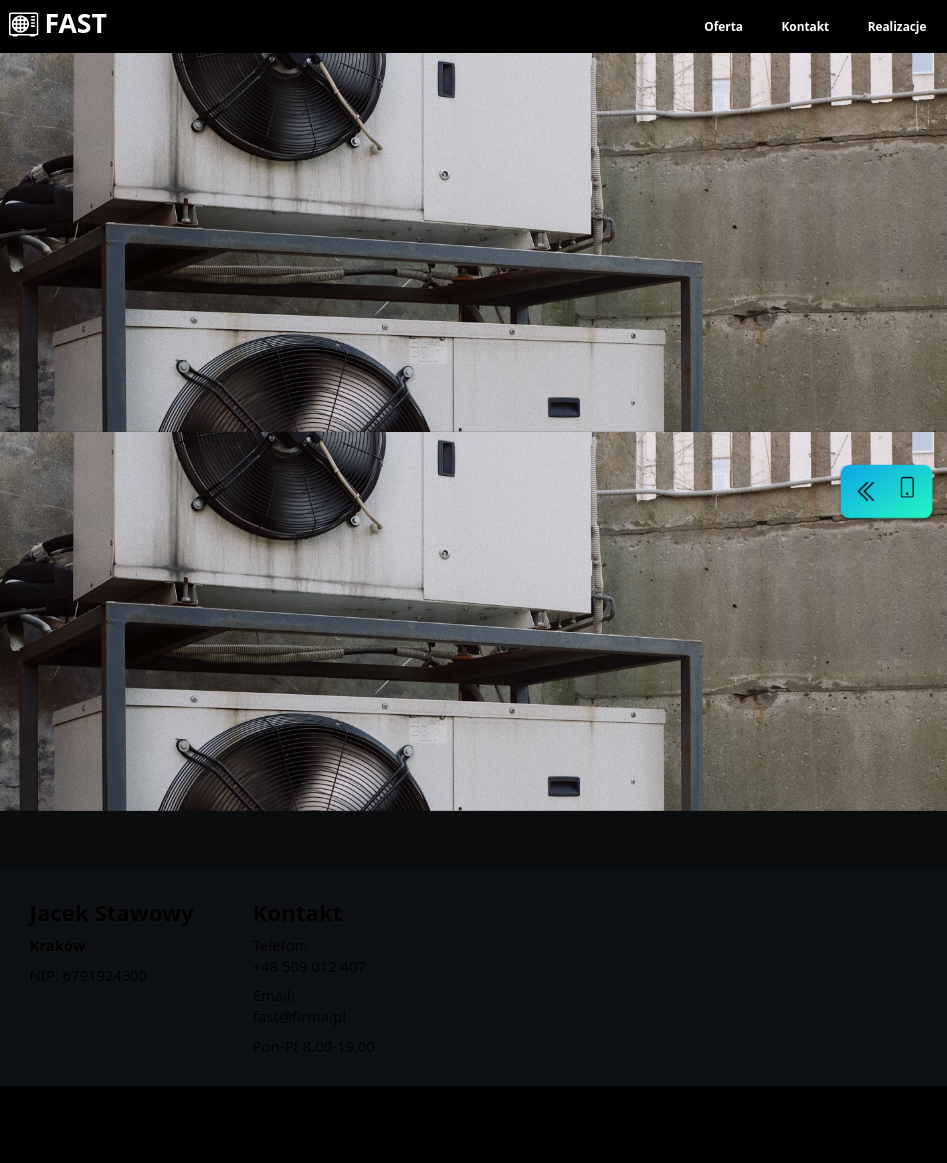
Repository: piotrokrutniak/Fast-CompanyWebsite
Page: /carousel
These files come from the project's save history. The page is drawn as it stood at one moment and after the next save; the edit follows.
The browser window is 1280 px wide. The pictures show the whole page, at 74% of full size.
The project was rebuilt for these pictures with package versions that can differ from the ones it lists, and the page was loaded fresh each time. The framework's server and built-in components were replaced by stand-ins that run in the browser. Also part of the build but not shown: next.config.js.

Above is the page before, as saved 2023-10-21 11:13:34.

### src/app/layout.js
import FootBar from './components/footbar/footbar'
import Navbar from './components/navbar/navbar'
import QuickContact from './components/quickContact'
import './globals.css'
import { Inter } from 'next/font/google'

const inter = Inter({ subsets: ['latin'] })

export const metadata = {
  title: 'Fast - Klimatyzacje Kraków',
  description: 'F.U.H. Fast Jacek Stawowy - Klimatyzacje',
}

export default function RootLayout({ children }) {
  return (
    <html lang="en" className=''>
      <body className='bg-black min-w-mobile overflow-x-hidden'>
        <div className='bg-slate-500/10 min-h-screen relative'>
          <Navbar/>
          {children}
          <QuickContact/>
          <FootBar/>
        </div>
      </body>
    </html>
  )
}

### src/app/(pages)/carousel/page.js
"use client"
import Image from "next/image"
import p1 from "../../../../public/img/air-conditioning-2.jpg"
import p2 from "../../../../public/img/heat-pump-2.jpg"
import p3 from "../../../../public/img/heating-2.jpg"
// import ac1 from "./media/img/air-conditioning-2.jpg"
// import ac2 from "./media/img/heat-pump-2.jpg"
// import ac3 from "./media/img/heating-2.jpg"

export default function CarouselPage(){
    const slides = [p1, p2, p3]

    return(
        <>
        <div className="w-full max-w-7xl relative mx-auto overflow-x-auto">
        <div className="relative w-full max-w-7xl h-128 flex overflow-visible -translate-x-[0%]">
            <div className="w-full h-full absolute">
                <Image src={p1} layout='fill' objectFit='cover' className="h-full"/>
            </div>
            <div className="w-full h-full absolute left-[100%]">
                <Image src={p2} layout='fill' objectFit='cover'/>
            </div>
            <div className="w-full h-full absolute left-[200%]">
                <Image src={p3} layout='fill' objectFit='cover'/>
            </div>
        </div>
        </div>
        <div className="w-full max-w-7xl relative mx-auto overflow-x-auto">
        <div className="relative w-full max-w-7xl h-128 flex overflow-visible -translate-x-[0%]">
            {slides.map((image, index) => <CarouselPanel image={image} key={index} index={index} />)}
        </div>
        </div>
        </>
    )
}

function CarouselPanel({image, index}){
    return (
        <div className={`w-full h-full absolute left-[${index * 100}%]`}>
            <Image src={image} layout='fill' objectFit='cover' className="h-full"/>
        </div>
        )
}

### src/app/components/footbar/footbar.js
import Link from "next/link";

export default function FootBar(){
    return(
        <footer className="bg-slate-500/5 mt-20">
            <div className="max-w-7xl w-full p-10 flex gap-8 sm:gap-20 m-auto">
                <div className="flex flex-col gap-3">
                    <h1 className="font-bold text-3xl">Jacek Stawowy</h1>
                    <h2 className="font-semibold text-xl">Kraków</h2>
                    <h2 className="font-thin text-xl">NIP: 6791924300</h2>
                </div>

                <div className="flex flex-col gap-3">
                    <h1 className="font-bold text-3xl">Kontakt</h1>
                    <h2 className="font-thin text-xl">Telefon:
                    <Link href={"tel:+48 509 012 407"} className="cursor-pointer hover:text-emerald-200">
                        <p className="whitespace-nowrap">
                            +48 509 012 407
                        </p>
                    </Link>
                    </h2>
                    <h2 className="font-thin text-xl">Email:
                    <Link href={"email:fast@firma.pl"} className="cursor-pointer hover:text-emerald-200">
                        <p className="whitespace-nowrap">
                            fast@firma.pl
                        </p>
                    </Link>
                    </h2>
                    <h2 className="font-thin text-xl">Pon-Pt 8.00-19.00</h2>
                </div>
            </div>
            <div className="bg-black flex p-10 ">
                <div className="xs:m-auto w-fit">
                    © Piotr Okrutniak 2022
                </div>
            </div>
        </footer>
    )
}

### src/app/components/navbar/navbar.js
"use client";
import { useState } from "react";
import ButtonBase from "../common/buttonBase";
import AcLogo from "../icons/ac";
import {BsList, BsXLg} from "react-icons/bs";
import Link from "next/link";

export default function Navbar(){
    const [mobileOpen, setMobileOpen] = useState(false)

    return(
        <nav className="sticky bg-black top-0 w-full py-3 px-5 sm:px-3  z-50">
            <div className="flex justify-between mx-auto max-w-7xl h-auto align-middle">
                <Link href="/">
                    <div className="text-white text-4xl font-bold hover:cursor-pointer flex gap-2 align-middle
                        hover:text-emerald-200 hover:fill-emerald-200 fill-white active:opacity-90 transition-all">
                        <AcLogo className="h-10 w-10 top-px relative"/>
                        FAST
                    </div>
                </Link>
                <div className="align-middle gap-5 text-black transition-all ease-in hidden sm:flex">
                    <Link href="/oferta">
                        <ButtonBase text="Oferta" color="bg-transparent" className="hover:bg-slate-400/25 text-white"  onClick={() => setMobileOpen(false)}/>
                    </Link>
                    <Link href="/kontakt">
                        <ButtonBase text="Kontakt" color="bg-transparent" className="hover:bg-slate-400/25 text-white"  onClick={() => setMobileOpen(false)}/>
                    </Link>
                    <Link href="/realizacje">
                        <ButtonBase text="Realizacje" color="bg-transparent" className="hover:bg-slate-400/25 text-white"  onClick={() => setMobileOpen(false)}/>
                    </Link>
                </div>
                <div className=" sm:hidden flex">
                    <BsList className="h-12 w-12 cursor-pointer hover:fill-emerald-200 active:opacity-90" onClick={() => setMobileOpen(true)}/>
                </div>
            </div>

            <div className={`${mobileOpen ? "" : "translate-x-full"} absolute w-screen h-screen bg-black left-0 top-0 sm:hidden transition-all`}>
                <div id="mobile-header" className="flex p-3 cursor-pointer" onClick={() => setMobileOpen(false)}>
                    <BsXLg className="w-14 h-14 p-2 hover:fill-emerald-200 active:opacity-70 absolute right-4"/>
                </div>
                <div id="mobile-list" className="flex flex-col w-full gap-8 justify-center text-xl px-5 py-32">
                    <Link href="/kontakt" onClick={() => setMobileOpen(false)}>
                        <ButtonBase text="Kontakt" className="w-full py-6 px-10 bg-gradient-to-br hover:from-sky-500 hover:to-emerald-200 self-center" color="bg-slate-500/25"/>
                    </Link>
                    <Link href="/oferta" onClick={() => setMobileOpen(false)}>
                        <ButtonBase text="Oferta" className="w-full py-6 px-10 bg-gradient-to-br hover:from-sky-500 hover:to-emerald-200 self-center" color="bg-slate-500/25"/>
                    </Link>
                    <Link href="/realizacje" onClick={() => setMobileOpen(false)}>
                        <ButtonBase text="Realizacje" className="w-full py-6 px-10 bg-gradient-to-br hover:from-sky-500 hover:to-emerald-200 self-center" color="bg-slate-500/25"/>
                    </Link>
                    <Link href="/" onClick={() => setMobileOpen(false)}>
                        <ButtonBase text="Strona Główna" className="w-full py-6 px-10 bg-gradient-to-br hover:from-sky-500 hover:to-emerald-200 self-center" color="bg-slate-500/25"/>
                    </Link>
                </div>
                <div className="p-10 justify-self-center w-full text-center bottom-0 absolute">
                    © Piotr Okrutniak 2022
                </div>
            </div>
        </nav>
    )
}

### src/app/components/quickContact.js
"use client";

import Link from "next/link";
import { useState } from "react"
import {BsChevronDoubleRight, BsPhone} from "react-icons/bs"

export default function QuickContact(){
    const [folded, setFolded] = useState(true)

    function Transition(){
        setFolded((old) => !old)
    }

    return(
        <div className="bg-gradient-to-br from-sky-500 to-emerald-200 rounded-xl w-fit sm:p-5 p-3 text-base
            font-normal shadow-md shadow-black/50 fixed right-5 bottom-5 flex items-center gap-4 transition-all ease-in-out whitespace-nowrap">
            <BsChevronDoubleRight className={`${folded ? "rotate-180" : "rotate-0"} transition-all ease-in h-8 w-8 cursor-pointer active:opacity-60 select-none`}
                onClick={() => Transition()}/>
            <div className="flex gap-2">
                <p className={`${folded ? "w-0" : "w-72 max-sm:w-44"} overflow-hidden transition-all ease-in flex max-sm:flex-col`}><p>Skontaktuj się z nami:</p> <Link href={"tel:+48 509 012 407"} className="cursor-pointer">+48 509 012 407</Link></p>
                <BsPhone className="h-7 w-7 animate-bounce self-center"/>
            </div>
        </div>
    )
}

### src/app/globals.css
@import 'tailwindcss/base';
@import 'tailwindcss/components';
@import 'tailwindcss/utilities';

:root {

}

@media (prefers-color-scheme: dark) {
  :root {
    --foreground-rgb: 255, 255, 255;
    scroll-behavior: smooth;
  }
}

body {
  color: rgb(var(--foreground-rgb));
  background: linear-gradient(
      to bottom,
      transparent,
      rgb(var(--background-end-rgb))
    )
    rgb(var(--background-start-rgb));
}

@layer base {
  html {
    scroll-behavior: smooth;
  }
}

### src/app/components/common/buttonBase.js
export default function ButtonBase({...props}){
    return(
        <button className={`${props.className} ${props.color ?? "bg-sky-500"} py-3 px-4 rounded-lg font-semibold active:opacity-80 flex items-center gap-2 whitespace-nowrap transition-all`}
            onClick={props.onClick}>
            {props.text} {props.icon ?? ""}
        </button>
    )
}

### src/app/components/icons/ac.js
export default function AcLogo({...props}){
    return(
        <svg
            xmlns="http://www.w3.org/2000/svg"
            xmlSpace="preserve"
            width={800}
            height={800}
            viewBox="0 0 507.802 507.802"
            {...props}
        >
            <path d="M465.7 47.901H42.3c-23.3 0-42.3 18.9-42.3 42.3v313.3c0 23.3 19 42.3 42.3 42.3h16.1c0 7.8 6.3 14.1 14.1 14.1H139c7.8 0 14.1-6.3 14.1-14.1h201.6c0 7.8 6.3 14.1 14.1 14.1h66.5c7.8 0 14.1-6.3 14.1-14.1h16.1c23.3 0 42.3-19 42.3-42.3v-313.3c.2-23.4-18.8-42.3-42.1-42.3zm0 369.7H42.3c-7.8 0-14.1-6.3-14.1-14.1v-313.3c0-7.8 6.3-14.1 14.1-14.1h423.3c7.8 0 14.1 6.3 14.1 14.1v313.3h.1c0 7.8-6.3 14.1-14.1 14.1z" />
            <path d="M435.6 107.801H391c-7.8 0-14.1 6.3-14.1 14.1s6.3 14.1 14.1 14.1h44.6c7.8 0 14.1-6.3 14.1-14.1s-6.3-14.1-14.1-14.1zM435.6 161.601H391c-7.8 0-14.1 6.3-14.1 14.1s6.3 14.1 14.1 14.1h44.6c7.8 0 14.1-6.3 14.1-14.1s-6.3-14.1-14.1-14.1zM435.6 215.301H391c-7.8 0-14.1 6.3-14.1 14.1s6.3 14.1 14.1 14.1h44.6c7.8 0 14.1-6.3 14.1-14.1s-6.3-14.1-14.1-14.1zM435.6 269.101H391c-7.8 0-14.1 6.3-14.1 14.1s6.3 14.1 14.1 14.1h44.6c7.8 0 14.1-6.3 14.1-14.1s-6.3-14.1-14.1-14.1zM198.3 99.701c-81.1 0-147.1 66-147.1 147.1s66 147.1 147.1 147.1 147.1-66 147.1-147.1-66-147.1-147.1-147.1zm-80.9 233.9c-2-1.9-3.9-3.8-5.8-5.8h5.8v5.8zm0-34H92c-5.9-11.9-10-24.9-11.6-38.6h37v38.6zm0-66.9h-37c1.6-13.7 5.6-26.7 11.6-38.6h25.4v38.6zm0-66.8h-5.8c1.9-2 3.8-3.9 5.8-5.8v5.8zm66.8 198.9c-13.7-1.6-26.7-5.7-38.6-11.6v-25.4h38.6v37zm0-65.2h-38.6v-38.6h38.6v38.6zm0-66.9h-38.6v-38.6h38.6v38.6zm0-66.8h-38.6v-25.4c11.9-5.9 24.9-10 38.6-11.6v37zm95.1-5.8c2 1.9 3.9 3.8 5.8 5.8h-5.8v-5.8zm0 34h25.4c5.9 11.9 10 24.9 11.6 38.6h-37v-38.6zm-28.2 159.1c-11.9 5.9-24.9 10-38.6 11.6v-37h38.6v25.4zm0-53.6h-38.6v-38.6h38.6v38.6zm0-66.9h-38.6v-38.6h38.6v38.6zm0-66.8h-38.6v-37c13.7 1.6 26.7 5.7 38.6 11.6v25.4zm28.2 167.7v-5.8h5.8c-1.9 2-3.8 4-5.8 5.8zm0-34v-38.6h37c-1.6 13.7-5.7 26.7-11.6 38.6h-25.4z" />
        </svg>
    )
}

### tailwind.config.js
/** @type {import('tailwindcss').Config} */
module.exports = {
  content: [
    './src/pages/**/*.{js,ts,jsx,tsx,mdx}',
    './src/components/**/*.{js,ts,jsx,tsx,mdx}',
    './src/app/**/*.{js,ts,jsx,tsx,mdx}',
  ],
  theme: {
    extend: {
      backgroundImage: {
        'gradient-radial': 'radial-gradient(var(--tw-gradient-stops))',
        'gradient-conic':
          'conic-gradient(from 180deg at 50% 50%, var(--tw-gradient-stops))',
      },
      height:{
        '112': '28rem',
        '128': '32rem',
      },
      width:{
        '112': '28rem',
        '128': '32rem',
      },
      colors:{
        "emerald":{
          "50": "#b0fde8",
          "100": "#60FBD2",
          "200": "#24F9C1",
          "400": "#06EFB1",
          "500": "#06d6a0",
        }
      },
      minWidth:{
        'mobile': '360px',
        '54': '258px',
      },
      screens:{
        'xs': '580px',
        '850': '850px',
      },
    },
  },
  plugins: [],
}

After the next save:
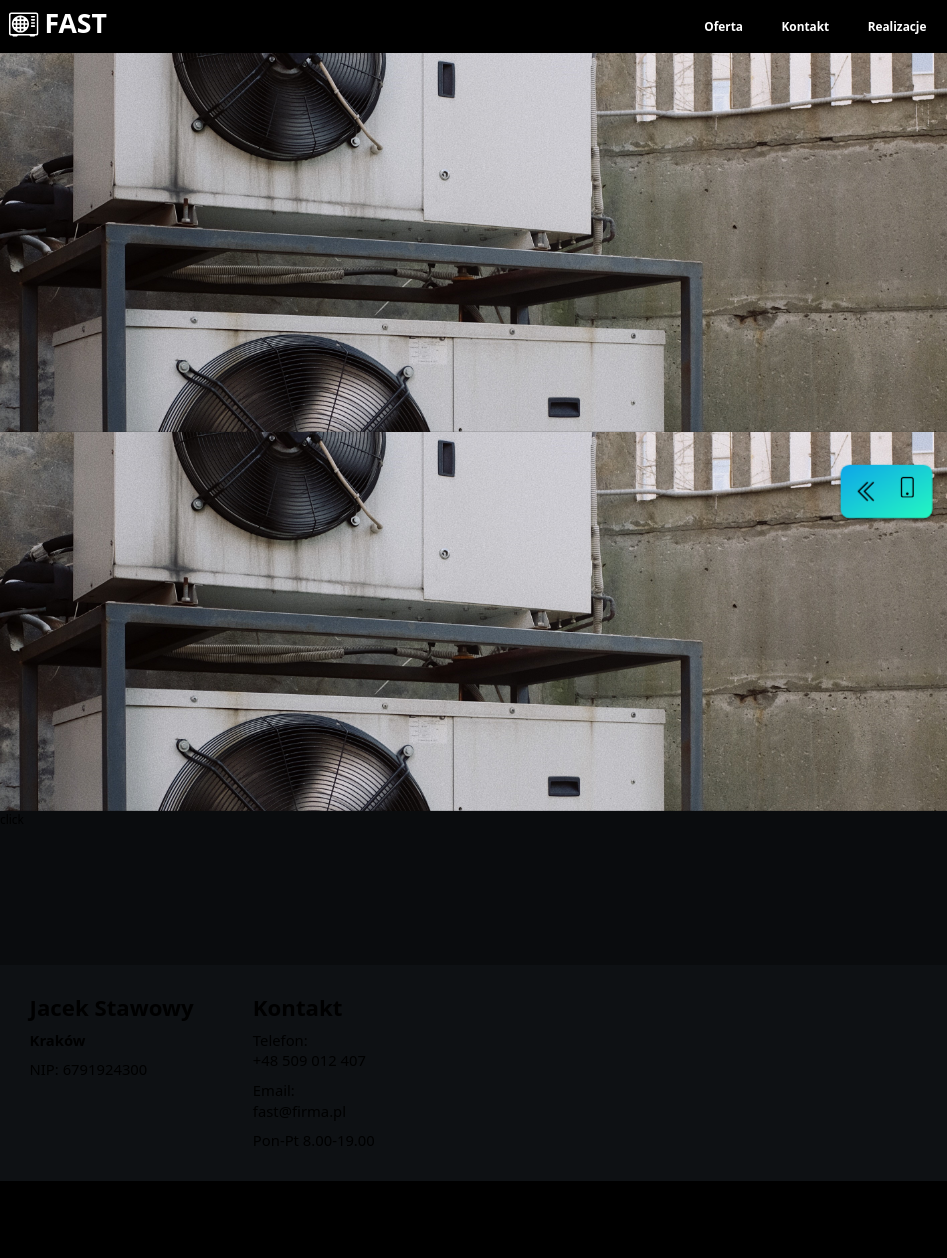
Saved 3 min 12 s later.
--- a/src/app/(pages)/carousel/page.js
+++ b/src/app/(pages)/carousel/page.js
@@ -30,6 +30,7 @@ export default function CarouselPage(){
             {slides.map((image, index) => <CarouselPanel image={image} key={index} index={index} />)}
         </div>
         </div>
+        <div className="w-44 h-32"> click</div>
         </>
     )
 }
